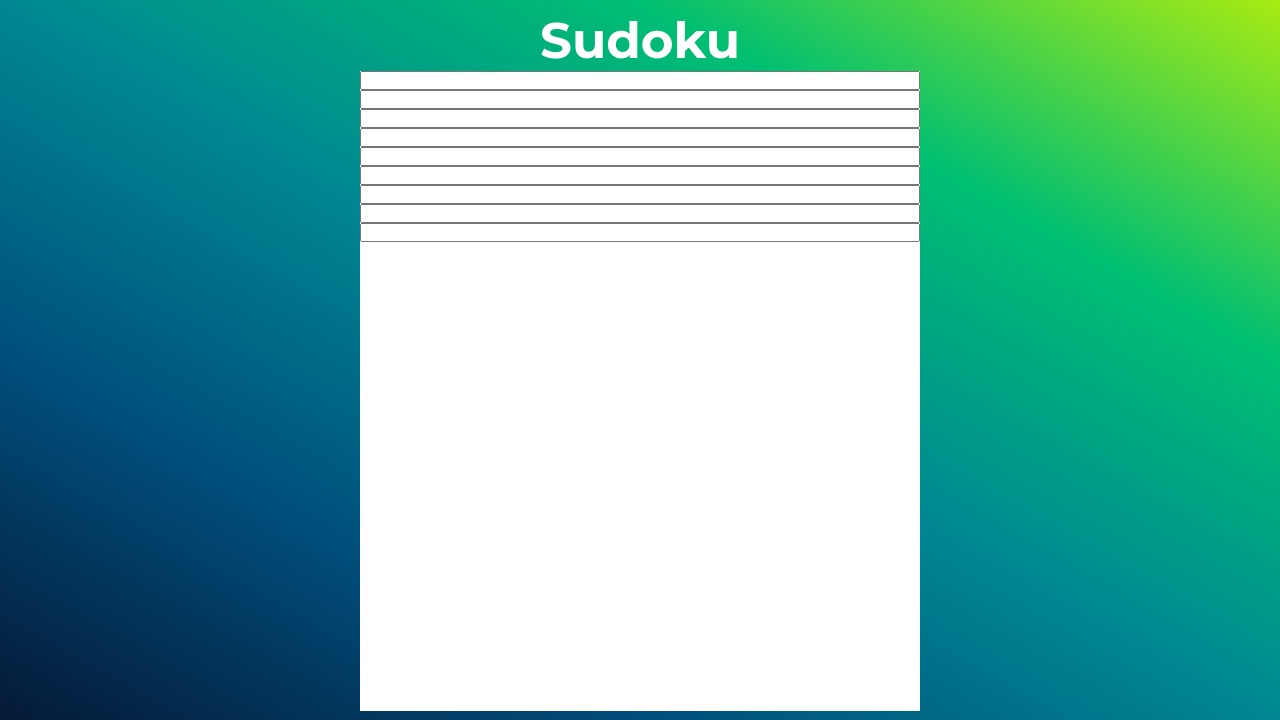
Repository: pattypetrikova/sudoku
Page: index.html
An editor plug-in stored every save of this project. The page is shown before and after the next save, followed by the edit.
The browser window is 1280 px wide. The pictures show the whole page.
Some web fonts or font styles are not loaded; a fallback is used.

Above is the page before, as saved 2022-12-30 10:26:59.

### index.html
<!DOCTYPE html>
<html lang="en">
<head>
    <meta charset="UTF-8">
    <meta http-equiv="X-UA-Compatible" content="IE=edge">
    <meta name="viewport" content="width=device-width, initial-scale=1.0">
    <link rel="stylesheet" href="./assets/style.css">
    <link rel="preconnect" href="https://fonts.googleapis.com">
    <link rel="preconnect" href="https://fonts.gstatic.com" crossorigin>
    <link href="https://fonts.googleapis.com/css2?family=Erica+One&family=Montserrat:ital,wght@0,700;1,400&display=swap" rel="stylesheet">
    <title>Sudoku</title>
</head>
<body>
    <main class="background">
        <h1 class="title">Sudoku</h1>
        <div class="game">
            <div class="head">
                <div class="buttons"></div>
            </div>
            <div class="gameboard">
                <form class="board-section" action="">
                    <input class="number" type="text">
                    <input class="number" type="text">
                    <input class="number" type="text">
                    <input class="number" type="text">
                    <input class="number" type="text">
                    <input class="number" type="text">
                    <input class="number" type="text">
                    <input class="number" type="text">
                    <input class="number" type="text">
                </form>
            </div>
            <div class="footer">
                <div class="footer-buttons">

                </div>
            </div>
        </div>
    </main>
</body>
</html>

### assets/style.css
/* simple reset */
* {
    margin: 0;
    padding: 0;
    box-sizing: border-box;
}

/* general styles */
.background {
    font-family: 'Montserrat', sans-serif;
    color: white;
}

/* project styles */

.background {
    background-image: linear-gradient(to right top, #051937, #004d7a, #008793, #00bf72, #a8eb12);
    height: 100vh;
    display: flex;
    align-items: center;
    justify-content: center;
    flex-direction: column;
}


.game {
    background-color: white;
    min-width: 35em;
    min-height: 40em;
}

.title {
    font-size: 50px;
    color: white;
}

.gameboard {
    display: grid;

}

.board-section {
    display: grid;

}

After the next save:
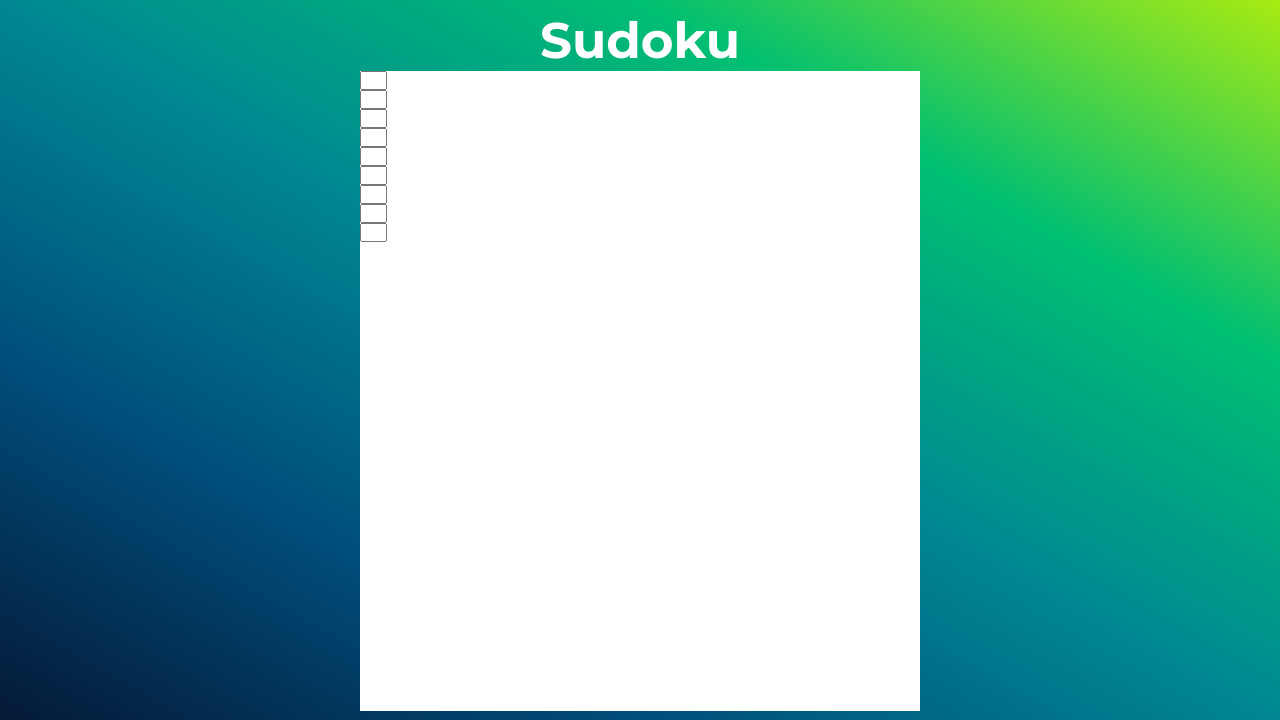
Saved 59 s later.
--- a/assets/style.css
+++ b/assets/style.css
@@ -41,5 +41,8 @@
 
 .board-section {
     display: grid;
+}
 
+.number {
+    width: 2em;
 }
